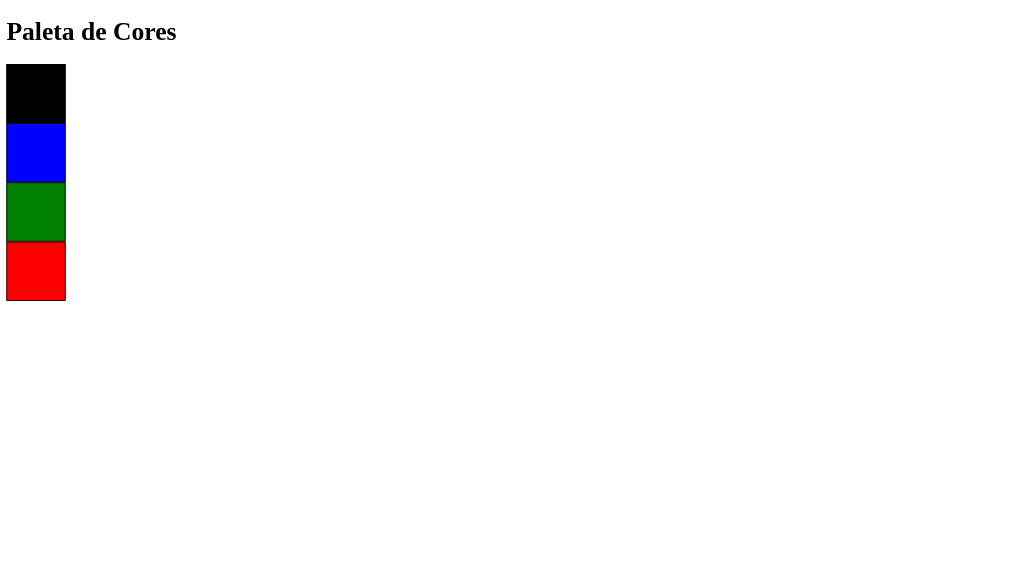
Repository: MuriloColleti/project-Pixer-Art
Page: index.html
An editor plug-in stored every save of this project. The page is shown before and after the next save, followed by the edit.
The browser window is 1280 px wide. The pictures show the whole page, at 80% of full size.

Above is the page before, as saved 2024-02-05 16:17:57.

After the next save:
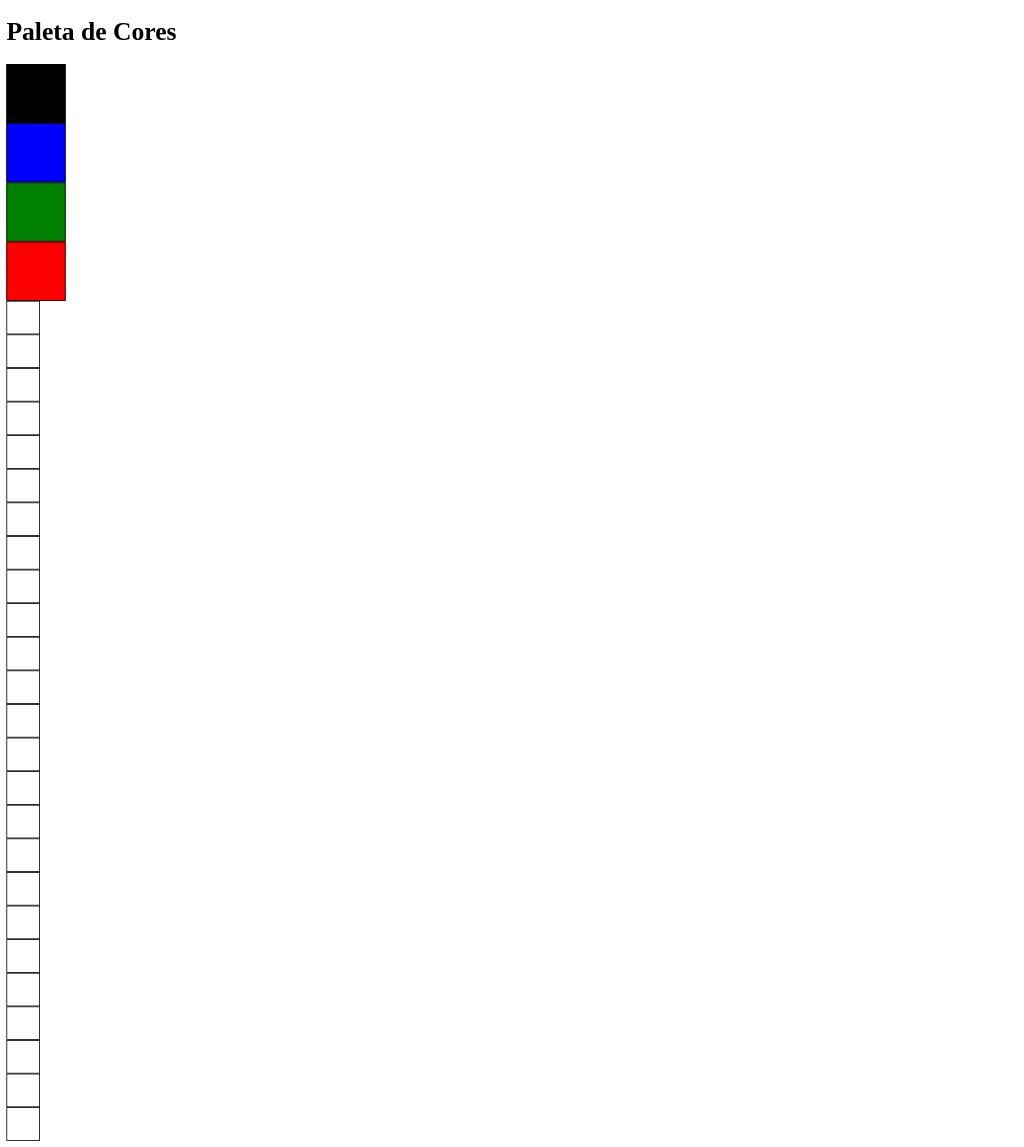
Saved 8 min 30 s later.
--- a/style.css
+++ b/style.css
@@ -23,3 +23,9 @@
     align-items: center;
     display: flex;
 }
+
+.pixel{
+    width: 40px;
+    height: 40px;
+    border: 1px solid black;
+}
